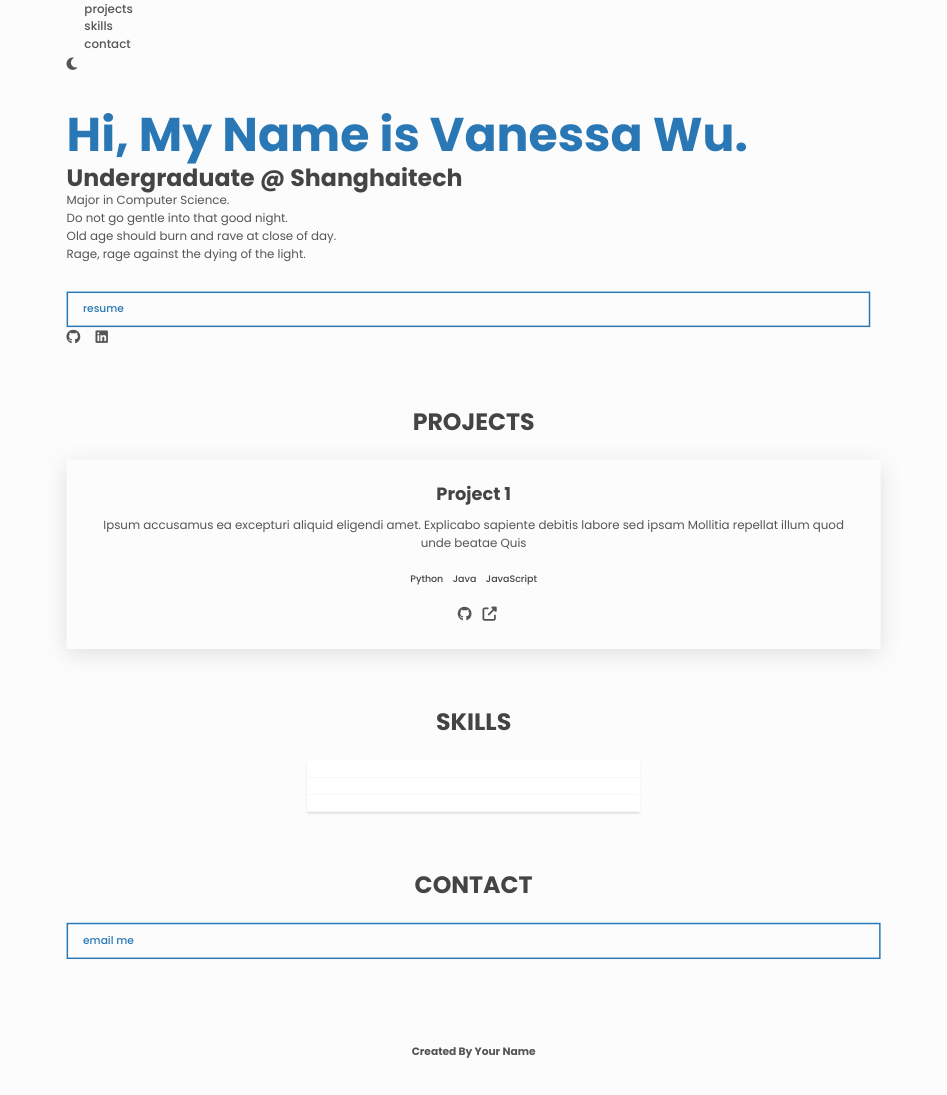
Repository: indiansummer1022/Cubstart
Page: Web Track/hw1/index.html
These files come from the project's save history. The page is drawn as it stood at one moment and after the next save; the edit follows.
The browser window is 1280 px wide. The pictures show the whole page, at 74% of full size.
Some web libraries are served in a nearby version.

Above is the page before, as saved 2022-02-15 21:21:02.

After the next save:
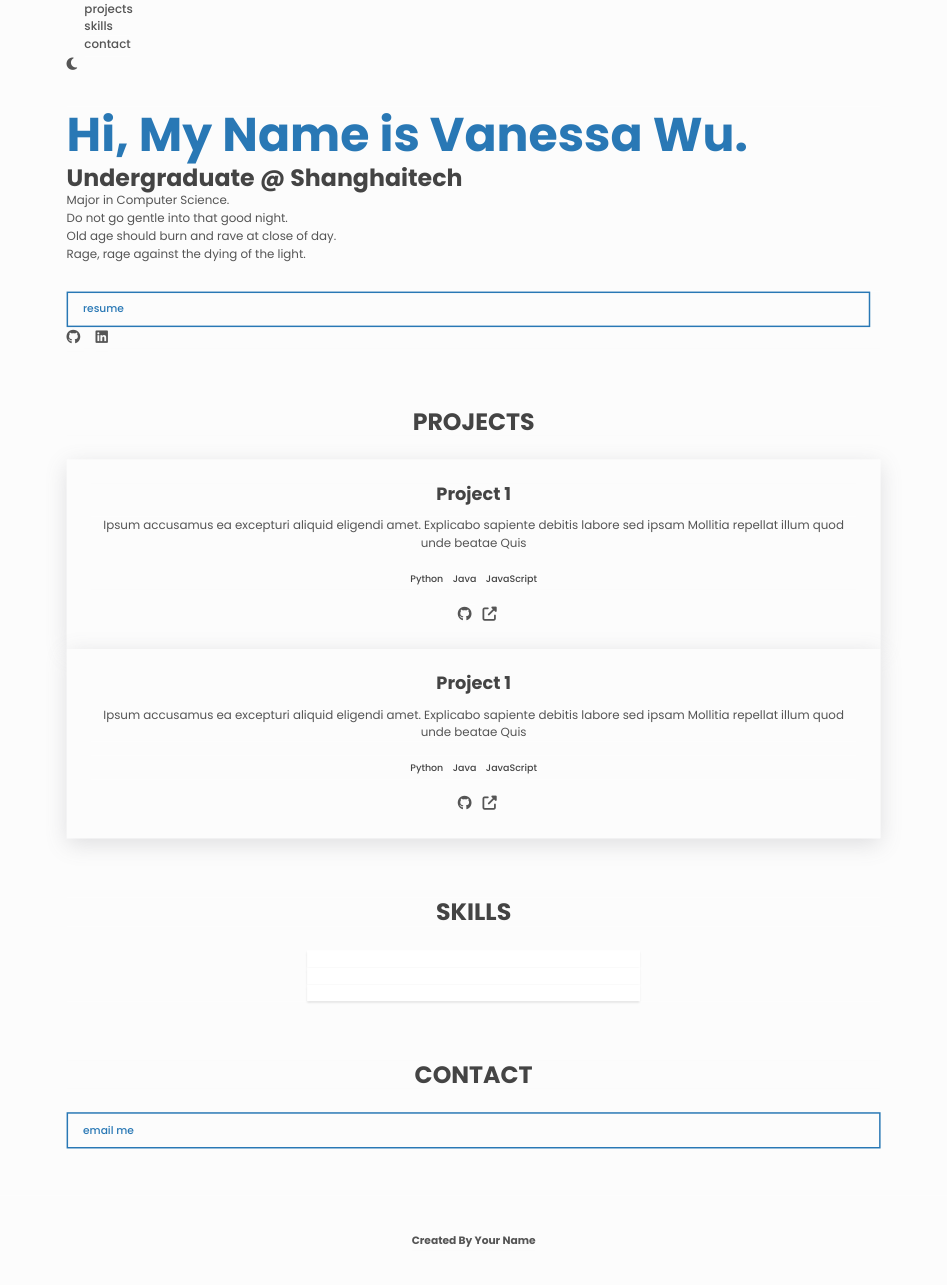
Saved 117 min 36 s later.
--- a/Web Track/hw1/index.html
+++ b/Web Track/hw1/index.html
@@ -122,6 +122,29 @@
             <i aria-hidden="true" class="fas fa-external-link-alt"></i>
           </a>
         </div>
+
+        <div class="project">
+          <h3>Project 1</h3>
+          <p class="project__description">
+            Ipsum accusamus ea excepturi aliquid eligendi amet. Explicabo
+            sapiente debitis labore sed ipsam Mollitia repellat illum quod
+            unde beatae Quis
+          </p>
+          <ul class="project__stack">
+            <li class="project__stack-item">Python</li>
+            <li class="project__stack-item">Java</li>
+            <li class="project__stack-item">JavaScript</li>
+          </ul>
+
+          <a href="https://github.com" aria-label="source code" class="link link--icon">
+            <i aria-hidden="true" class="fab fa-github"></i>
+          </a>
+          <a href="https://example.com" aria-label="live preview" class="link link--icon">
+            <i aria-hidden="true" class="fas fa-external-link-alt"></i>
+          </a>
+        </div>
+
+
         <!-- END PART 8 -->
       </div>
     </section>
